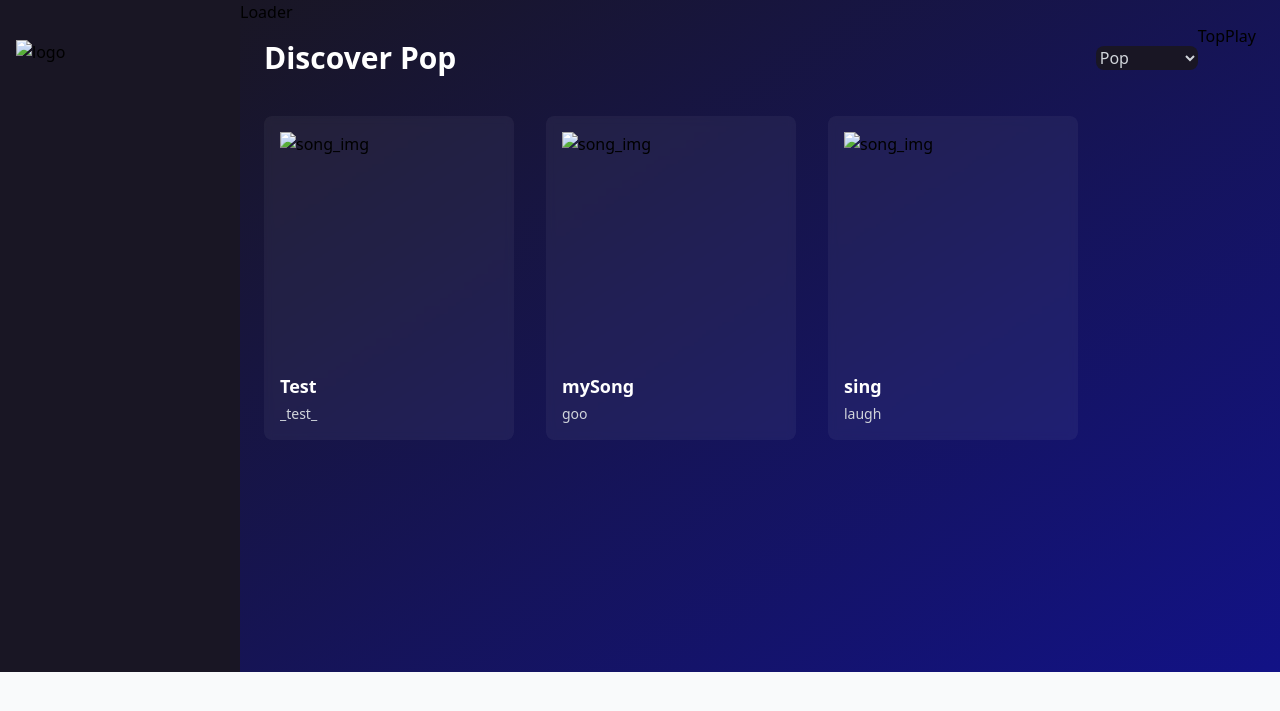
Repository: Chris24T/Dotify
Page: /
These files come from the project's save history. The page is drawn as it stood at one moment and after the next save; the edit follows.
The browser window is 1280 px wide. The pictures show the whole page.
The project was rebuilt for these pictures with package versions that can differ from the ones it lists, and the page was loaded fresh each time. Also part of the build but not shown: vite.config.js, src/components/ArtistCard.jsx, src/components/DetailsHeader.jsx, src/components/SongBar.jsx, src/components/RelatedSongs.jsx, src/components/MusicPlayer/Controls.jsx, src/components/MusicPlayer/Player.jsx, src/components/MusicPlayer/Seekbar.jsx and 11 more.

Above is the page before, as saved 2022-12-04 19:54:56.

### src/redux/store.js
import { configureStore } from '@reduxjs/toolkit';

import { shazamCoreApi } from './services/shazamCore';
import playerReducer from './features/playerSlice';

export const store = configureStore({
  reducer: {
    player: playerReducer,
    [shazamCoreApi.reducerPath]: shazamCoreApi.reducer,
  },
  middleware: (getDefaultMiddleware) =>
    getDefaultMiddleware().concat(shazamCoreApi.middleware),
});

### src/redux/services/shazamCore.js
import { createApi, fetchBaseQuery } from '@reduxjs/toolkit/query/react';

const baseHeaders = {
  'X-RapidAPI-Key': 'aa86041609msh651730729ed9b3dp1da6e2jsn7ec97b06be13',
  'X-RapidAPI-Host': 'shazam-core.p.rapidapi.com',
};

export const shazamCoreApi = createApi({
  reducerPath: 'shazamCoreApi',
  baseQuery: fetchBaseQuery({
    baseUrl: 'https://shazam-core.p.rapidapi.com/v1',
    prepareHeaders: (headers) => {
      headers.set({ baseHeaders });
      return headers;
    },
  }),
  endpoints: (builder) => ({
    getTopCharts: builder.query({ query: (genre) => '/charts/world' }),
  }),
});
// redux toolkit auto generates a hook
export const { useGetTopChartsQuery } = shazamCoreApi;

### src/redux/features/playerSlice.js
import { createSlice } from '@reduxjs/toolkit';

const initialState = {
  currentSongs: [],
  currentIndex: 0,
  isActive: false,
  isPlaying: false,
  activeSong: {},
  genreListId: '',
};

const playerSlice = createSlice({
  name: 'player',
  initialState,
  reducers: {
    setActiveSong: (state, action) => {
      state.activeSong = action.payload.song;

      if (action.payload?.data?.tracks?.hits) {
        state.currentSongs = action.payload.data.tracks.hits;
      } else if (action.payload?.data?.properties) {
        state.currentSongs = action.payload?.data?.tracks;
      } else {
        state.currentSongs = action.payload.data;
      }

      state.currentIndex = action.payload.i;
      state.isActive = true;
    },

    nextSong: (state, action) => {
      if (state.currentSongs[action.payload]?.track) {
        state.activeSong = state.currentSongs[action.payload]?.track;
      } else {
        state.activeSong = state.currentSongs[action.payload];
      }

      state.currentIndex = action.payload;
      state.isActive = true;
    },

    prevSong: (state, action) => {
      if (state.currentSongs[action.payload]?.track) {
        state.activeSong = state.currentSongs[action.payload]?.track;
      } else {
        state.activeSong = state.currentSongs[action.payload];
      }

      state.currentIndex = action.payload;
      state.isActive = true;
    },

    playPause: (state, action) => {
      state.isPlaying = action.payload;
    },

    selectGenreListId: (state, action) => {
      state.genreListId = action.payload;
    },
  },
});

export const { setActiveSong, nextSong, prevSong, playPause, selectGenreListId } = playerSlice.actions;

export default playerSlice.reducer;

### src/components/Sidebar.jsx
import { useState } from 'react';
import { NavLink } from 'react-router-dom';
import { RiCloseLine } from 'react-icons/ri';

import { logo } from '../assets';
import { links } from '../assets/constants';

const Sidebar = () => {
  const [mobileOpen, setMobileOpen] = useState(false);

  return (
    <>
      <div className="md:flex hidden flex-col w-[240px] py-10 px-4 bg-[#191624]">
        <img stc={logo} alt="logo" className='="w-full h-14 object-contain' />
      </div>
    </>
  );
};

export default Sidebar;

### src/components/SongCard.jsx
import { Link } from 'react-router-dom';
import { useDispatch } from 'react-redux';

import PlayPause from './PlayPause';
import { playPause, setActiveSong } from '../redux/features/playerSlice';

const SongCard = ({ song, isPlaying, activeSong, data, i }) => {
  const dispatch = useDispatch();

  const handlePauseClick = () => {
    dispatch(playPause(false));
  };
  const handlePlayClick = () => {
    dispatch(setActiveSong({ song, data, i }));
    dispatch(playPause(true));
  };

  const activeSong_tmp = { title: 'Test' };
  return (
    <div
      className="flex flex-col w-[250px] p-4 bg-white/5 bg-opacity-80
     backdrop-blur-sm animate-slideup rounded-lg cursor-pointer"
    >
      <div className="relative w-full h-56 group">
        <div
          className={`absolute inset-0 justify-center items-center
          bg-black bg-opacity-50 group-hover:flex ${
            activeSong?.title === song.title
              ? 'flex bg-black bg-opacity-70'
              : 'hidden'
          }`}
        >
          <PlayPause
            song={song}
            isPlaying={isPlaying}
            activeSong={activeSong_tmp}
            handlePause={handlePauseClick}
            handlePlay={handlePlayClick}
          />
        </div>
        <img alt="song_img" src={song.image?.coverart} />
      </div>
      <div className="mt-4 flex flex-col">
        <p className="font-semibold text-lg text-white truncate">
          <Link to={`/songs/$song?.key`}>{song.title}</Link>
        </p>
        <p className="text-sm truncate text-gray-300 mt-1">
          <Link
            to={
              song.artists
                ? `/artists/${song?.artists[0]?.adamid}`
                : '/top-artists'
            }
          >
            {song.subtitle}
          </Link>
        </p>
      </div>
    </div>
  );
};

export default SongCard;

### src/pages/Discover.jsx
import { Error, Loader, SongCard } from '../components';
import { genres } from '../assets/constants';
import { useDispatch, useSelector } from 'react-redux';
import { useGetTopChartsQuery } from '../redux/services/shazamCore';
import { useDebugValue } from 'react';

const Discover = () => {
  const dispach = useDebugValue();
  const { activeSong, isPlaying } = useSelector((state) => state.player);
  // const { data, isFetching, error } = useGetTopChartsQuery();
  const data = [
    { title: 'Test', subtitle: '_test_' },
    { title: 'mySong', subtitle: 'goo' },
    { title: 'sing', subtitle: 'laugh' },
  ];
  const isFetching = false;
  const genreTitle = 'Pop';

  if (isFetching) return <Loader title="Loading Songs..." />;
  // if (error) return <Error />;

  return (
    <div className="flex flex-col">
      <div className="w-full flex justify-between items-center sm:flex-row flex-col mt-4 mb-10">
        <h2 className="font-bold text-3xl text-white text-left">
          Discover {genreTitle}
        </h2>
        <select
          onChange={() => {}}
          value=""
          className="bg-black rounded-lg outline-none text-gray-300 sm:mt-0 mt-5"
        >
          {genres.map((genre) => (
            <option key={genre.value} value={genre.value}>
              {genre.title}
            </option>
          ))}
        </select>
      </div>
      <div className="flex flex-wrap sm:justify-start justify-center gap-8">
        {data.map((song, i) => {
          return (
            <SongCard
              key={song.key}
              song={song}
              isPlaying={isPlaying}
              activeSong={activeSong}
              data={data}
              i={i}
            ></SongCard>
          );
        })}
      </div>
    </div>
  );
};

export default Discover;

### src/assets/constants.js
import { HiOutlineHashtag, HiOutlineHome, HiOutlinePhotograph, HiOutlineUserGroup } from 'react-icons/hi';

export const genres = [
  { title: 'Pop', value: 'POP' },
  { title: 'Hip-Hop', value: 'HIP_HOP_RAP' },
  { title: 'Dance', value: 'DANCE' },
  { title: 'Electronic', value: 'ELECTRONIC' },
  { title: 'Soul', value: 'SOUL_RNB' },
  { title: 'Alternative', value: 'ALTERNATIVE' },
  { title: 'Rock', value: 'ROCK' },
  { title: 'Latin', value: 'LATIN' },
  { title: 'Film', value: 'FILM_TV' },
  { title: 'Country', value: 'COUNTRY' },
  { title: 'Worldwide', value: 'WORLDWIDE' },
  { title: 'Reggae', value: 'REGGAE_DANCE_HALL' },
  { title: 'House', value: 'HOUSE' },
  { title: 'K-Pop', value: 'K_POP' },
];

export const links = [
  { name: 'Discover', to: '/', icon: HiOutlineHome },
  { name: 'Around You', to: '/around-you', icon: HiOutlinePhotograph },
  { name: 'Top Artists', to: '/top-artists', icon: HiOutlineUserGroup },
  { name: 'Top Charts', to: '/top-charts', icon: HiOutlineHashtag },
];

### src/components/PlayPause.jsx
import { FaPauseCircle, FaPlayCircle } from 'react-icons/fa';

const PlayPause = ({ isPlaying, activeSong, song, handlePause, handlePlay }) =>
  isPlaying && activeSong?.title === song.title ? (
    <FaPauseCircle
      size={35}
      className={'text-gray-300'}
      onClick={handlePause}
    />
  ) : (
    <FaPlayCircle size={35} className={'text-gray-300'} onClick={handlePlay} />
  );

export default PlayPause;

Loaded but not shown: index.html (common file); src/index.jsx (common file); src/index.css (common file); src/App.jsx (common file); src/components/index.js (common file); src/pages/index.js (common file); src/components/Searchbar.jsx (common file); src/components/TopPlay.jsx (common file); src/assets/index.js (common file); tailwind.config.js (common file)

After the next save:
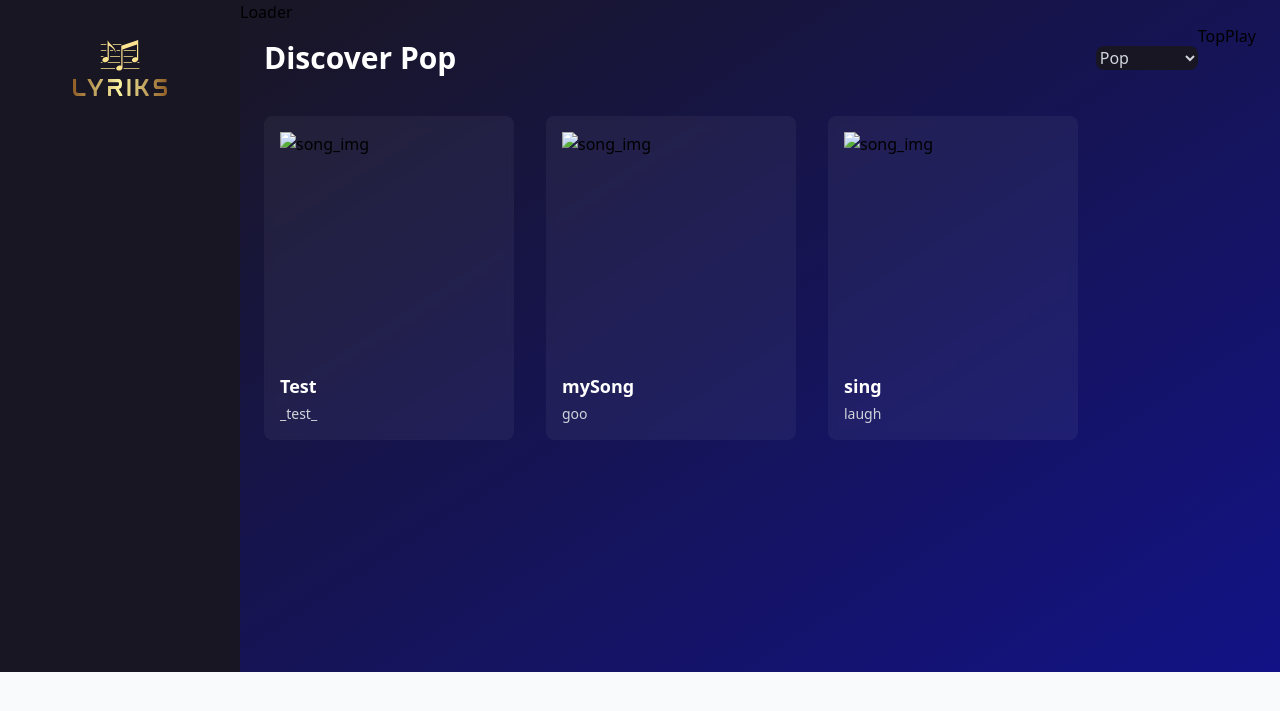
Saved 12 s later.
--- a/src/components/Sidebar.jsx
+++ b/src/components/Sidebar.jsx
@@ -11,7 +11,7 @@ const Sidebar = () => {
   return (
     <>
       <div className="md:flex hidden flex-col w-[240px] py-10 px-4 bg-[#191624]">
-        <img stc={logo} alt="logo" className='="w-full h-14 object-contain' />
+        <img src={logo} alt="logo" className='="w-full h-14 object-contain' />
       </div>
     </>
   );
